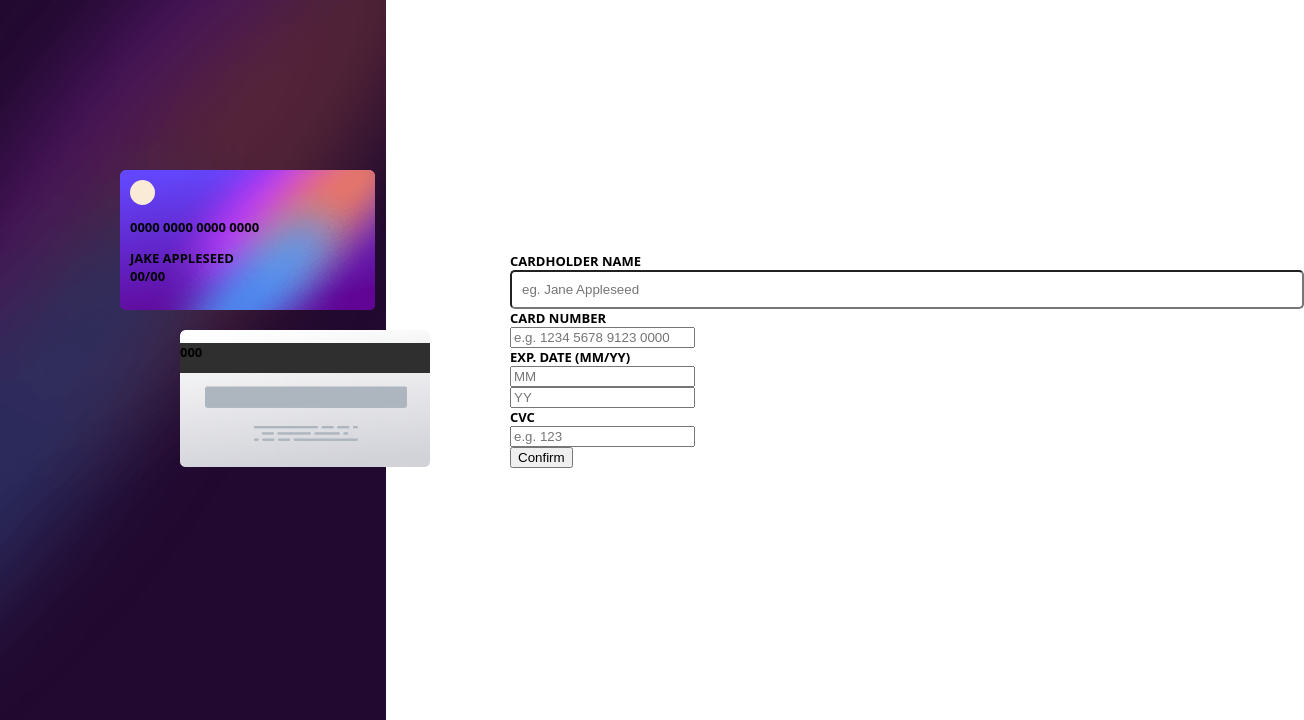
Repository: Celebration-cloud/my-project
Page: interactive-card-details-form-main/index.html
The author's editor kept a copy of each file at every save. The page is drawn from the files as they stood at one save, then again after a run of saves.
The browser window is 1280 px wide. The page is 1304 px wide, then 1288 px, then 1304 px, so the pictures cover 1304 px, including what lies to the right of the window. The pictures show the whole page.

Above is the page before, as saved 2023-08-23 00:45:24.

### interactive-card-details-form-main/index.html
<!DOCTYPE html>
<html lang="en">
<head>
  <meta charset="UTF-8">
  <meta name="viewport" content="width=device-width, initial-scale=1.0"> <!-- displays site properly based on user's device -->

  <link rel="icon" type="image/png" sizes="32x32" href="./images/favicon-32x32.png">
  <link rel="stylesheet" href="index.css">

  <title>Frontend Mentor | Interactive card details form</title>

  <!-- Feel free to remove these styles or customise in your own stylesheet 👍 -->
  <style>
    .attribution { font-size: 11px; text-align: center; }
    .attribution a { color: hsl(228, 45%, 44%); }
  </style>
</head>
<body>
  <div class="container">
    <section id="section-a" class="section-a">
      <div id="card">
        <div id="profile"></div><span class="detail"></span>
        <p id="card-number">0000 0000 0000 0000</p>
        <div id="others">
          <div id="card-name">JAKE APPLESEED</div>
          <div id="exp-date">00/00</div>
        </div>
      </div>
      <div id="card-back">
        <p id="cvc-digit">000</p>
      </div>

    </section>
    <!-- Add your site or application content here -->
    <!-- Card Details Form Section-->
    <section id="section-b" class="section-b">
      <form action="">
        <label for="name" id="cardholder-numeber-label">CARDHOLDER NAME</label><br/>
        <input name="name" id="cardholder-numeber-input" aria-required="false" placeholder="eg. Jane Appleseed" required/><br/>
        <label for="card-number" id="card-number-label">CARD NUMBER</label><br/>
        <input name="card-number" id="card-number-input" type="tel" aria-required="false" placeholder="e.g. 1234 5678 9123 0000" required/><br/>
        <label for="expire-date" id="expire-date-label">EXP. DATE (MM/YY)</label><br/>
        <input name="expire-date" id="expire-date" type="tel" aria-required="false" placeholder="MM" required/><br/>
        <input name="expire-date" id="expire-date2" type="tel" aria-required="false" placeholder="YY" required/><br/>
        <label for="cvc" id="cvc-label">CVC</label><br/>
        <input name="cvc" aria-required="false" id="cvc" type="tel" placeholder="e.g. 123" required/><br/>
        <button type="submit">Confirm</button>
      </form>

    </section>
  </div>

  <!-- 0000 0000 0000 0000
  00/00

  000

  Cardholder Name
  e.g. Jane Appleseed

  Card Number
  e.g. 1234 5678 9123 0000

  Exp. Date (MM/YY)
  MM
  YY

  CVC
  e.g. 123

  Confirm -->

  <!-- Completed state start -->

  <!-- Thank you!
  We've added your card details
  Continue -->

  <!-- <div class="attribution">
    Challenge by <a href="https://www.frontendmentor.io?ref=challenge" target="_blank">Frontend Mentor</a>.
    Coded by <a href="#">Your Name Here</a>.
  </div> -->
</body>
</html>

### interactive-card-details-form-main/index.css
body{
    font-family: system-ui, -apple-system, BlinkMacSystemFont, 'Segoe UI', Roboto, Oxygen, Ubuntu, Cantarell, 'Open Sans', 'Helvetica Neue', sans-serif;
    font-weight: bolder;
    font-size: small;
    margin: 0;
    -webkit-user-select: none;
    user-select: none;
    padding: 0;
    background-image: url(images/bg-main-desktop.png);
    background-repeat: no-repeat;
    background-size: contain;
    height: 100%;
}
.container{
    display: flex;
    height: 100vh;
    gap: 80px;
}
#section-a{
    align-self: center;
    width: 50%;
    gap: 20px;
    display: flex;
    flex-direction: column;

}
#card{
    background-image: url(images/bg-card-front.png);
    background-repeat: no-repeat;
    background-size: contain;
    width: 290px;
    height: 120px;
    border-radius: 5px;
    padding: 10px;
    margin-left: 120px;
    display: flex;
    flex-direction: column;
}
#profile{
    width: 25px;
    height: 25px;
    background-color: antiquewhite;
    border-radius: 100%;
}
#card-number{

}
#others{

}
#exp-date{

}
#card-back{
    background-image: url(images/bg-card-back.png);
    background-repeat: no-repeat;
    background-size: contain;
    width: 250px;
    height: 220px;
    border-radius: 5px;
    align-self: flex-end;
}
#cvc-digit{

}
#section-b{
    align-self: center;
    width: 100%;
}
#cardholder-numeber-input{
    padding: 10px;
    border-radius: 5px;
    width: 100%;
}

After the next 2 saves:
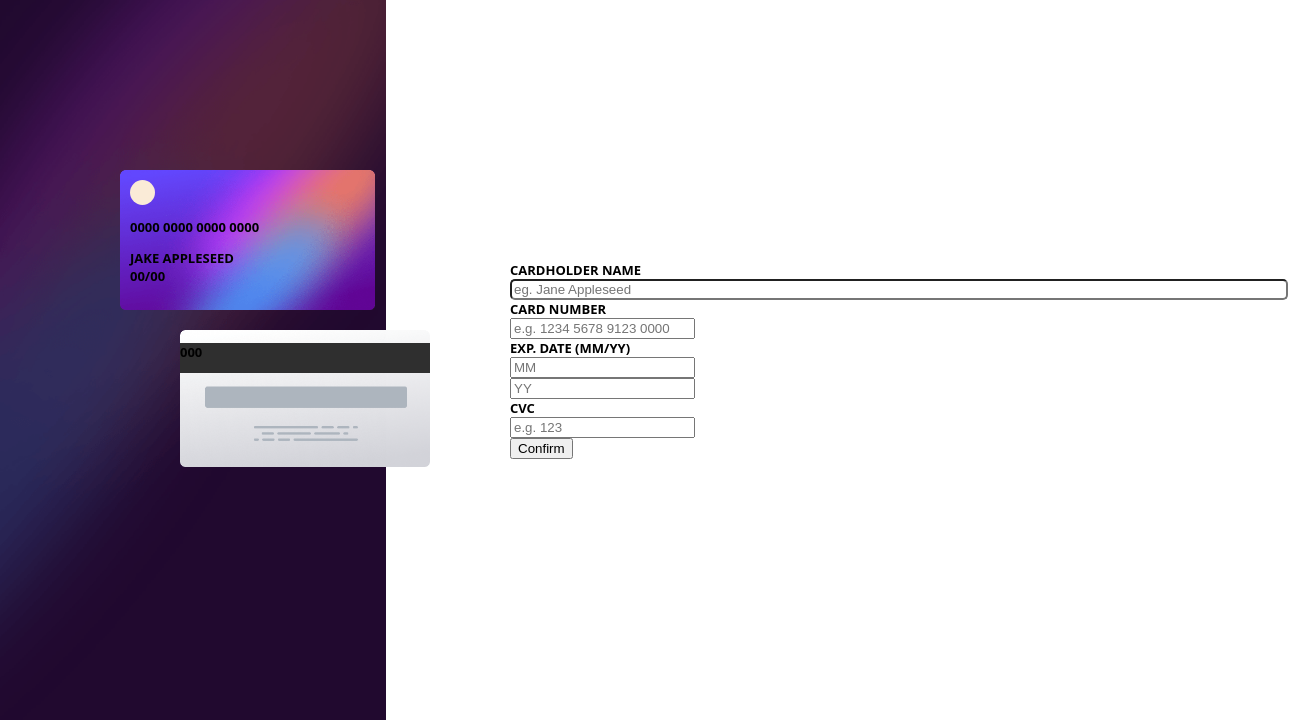
The 2 saves are shown as one change because they came seconds apart.
The last was saved 10 s later.
--- a/interactive-card-details-form-main/index.css
+++ b/interactive-card-details-form-main/index.css
@@ -68,6 +68,7 @@
     width: 100%;
 }
 #cardholder-numeber-input{
+    bo
     padding: 10px;
     border-radius: 5px;
     width: 100%;

After the save that followed:
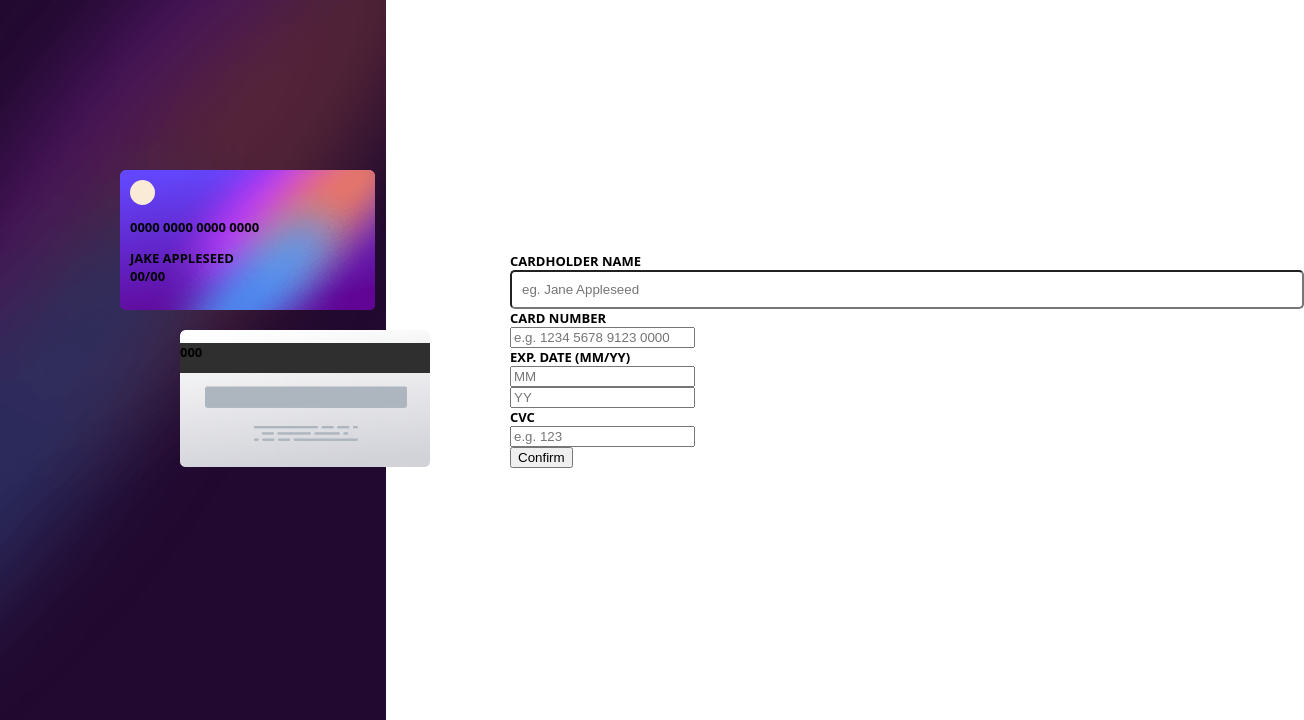
Saved 4 s later.
--- a/interactive-card-details-form-main/index.css
+++ b/interactive-card-details-form-main/index.css
@@ -68,7 +68,7 @@
     width: 100%;
 }
 #cardholder-numeber-input{
-    bo
+    box-sizing: ;
     padding: 10px;
     border-radius: 5px;
     width: 100%;
